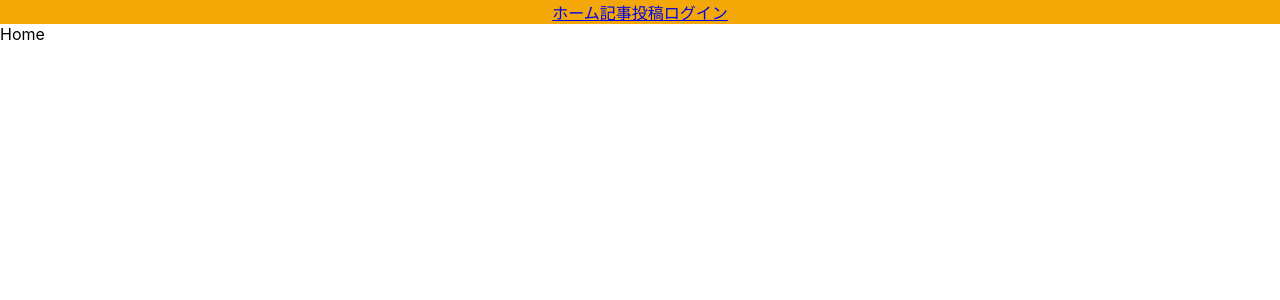
Repository: kusabi-19/keiziban
Page: /
These files come from the project's save history. The page is drawn as it stood at one moment and after the next save; the edit follows.
The browser window is 1280 px wide. The pictures show the whole page.
The project was rebuilt for these pictures with package versions that can differ from the ones it lists, and the page was loaded fresh each time. Also part of the build but not shown: src/App.css, src/components/CreatePost.js, src/firebase.js, src/components/Login.js, src/components/Logout.js.

Above is the page before, as saved 2025-05-16 08:29:29.

After the next save:
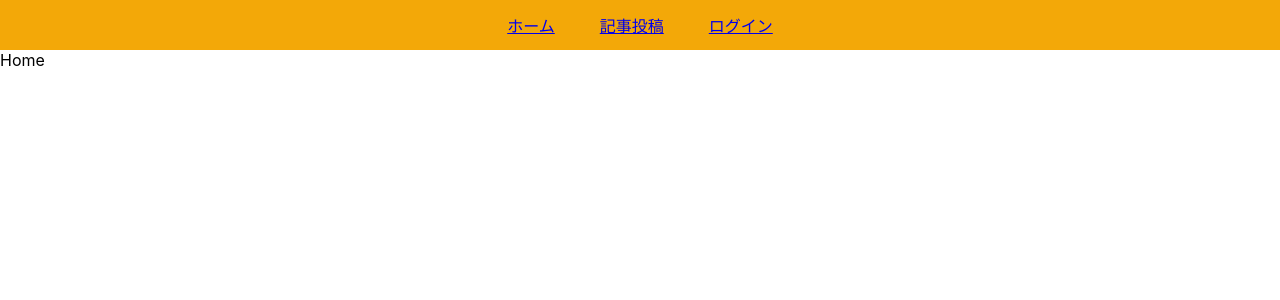
Saved 11 s later.
--- a/src/components/Navbar.css
+++ b/src/components/Navbar.css
@@ -2,5 +2,7 @@ nav {
   display: flex;
   justify-content: center;
   align-items: center;
+  height: 50px;
+  gap: 45px;
   background-color: rgb(243, 168, 8);
 }
